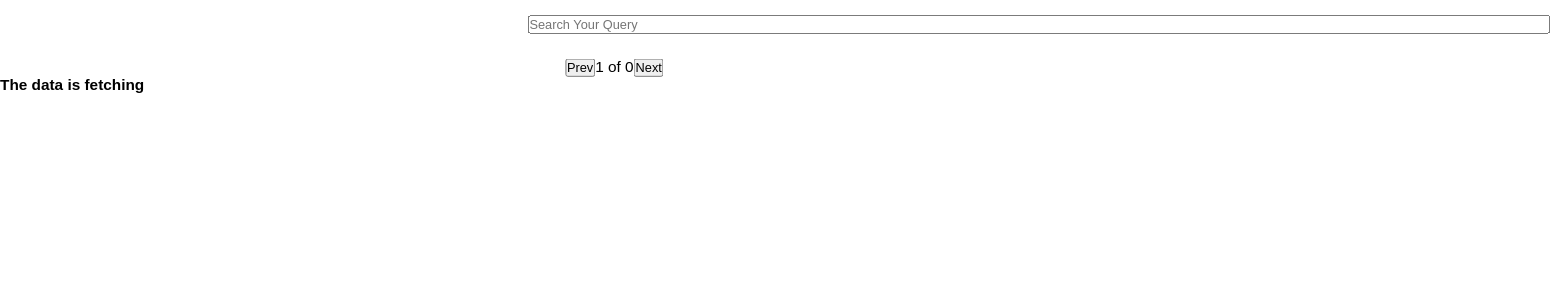
Repository: suraj-yadav7/TechNews
Page: /
These files come from the project's save history. The page is drawn as it stood at one moment and after the next save; the edit follows.
The browser window is 1280 px wide. The page is 1631 px wide, then 1280 px, so the pictures cover 1631 px, including what lies to the right of the window. The pictures show the whole page, at 96% of full size.
The page's requests for data from a server got no answer. The project was rebuilt for these pictures with package versions that can differ from the ones it lists, and the page was loaded fresh each time. No one was signed in, and anything a server would have sent is missing.

Above is the page before, as saved 2023-04-28 09:56:52.

After the next save:
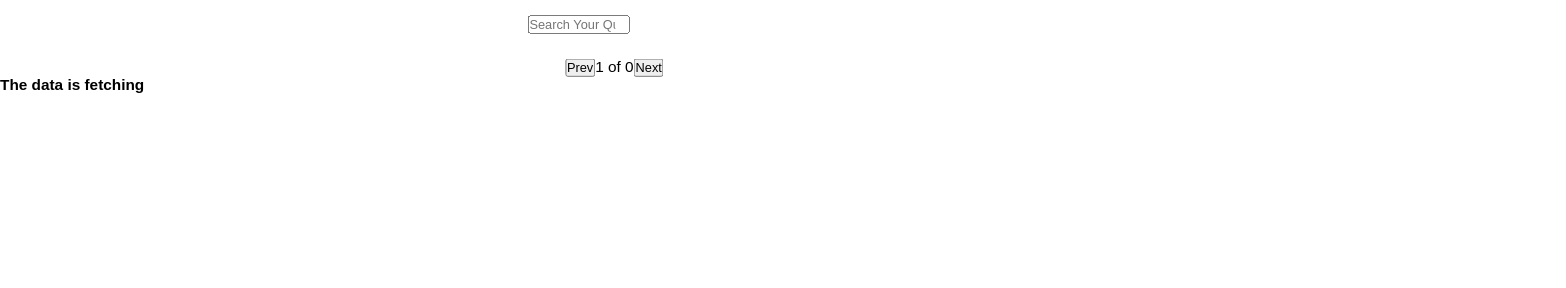
Saved 8 s later.
--- a/src/App.css
+++ b/src/App.css
@@ -44,7 +44,7 @@
 }
 .searchInput{
   margin: 1rem;
-  width: 500%;
+  width: 50%;
 }
 /* Stories */
 .parentStory{
